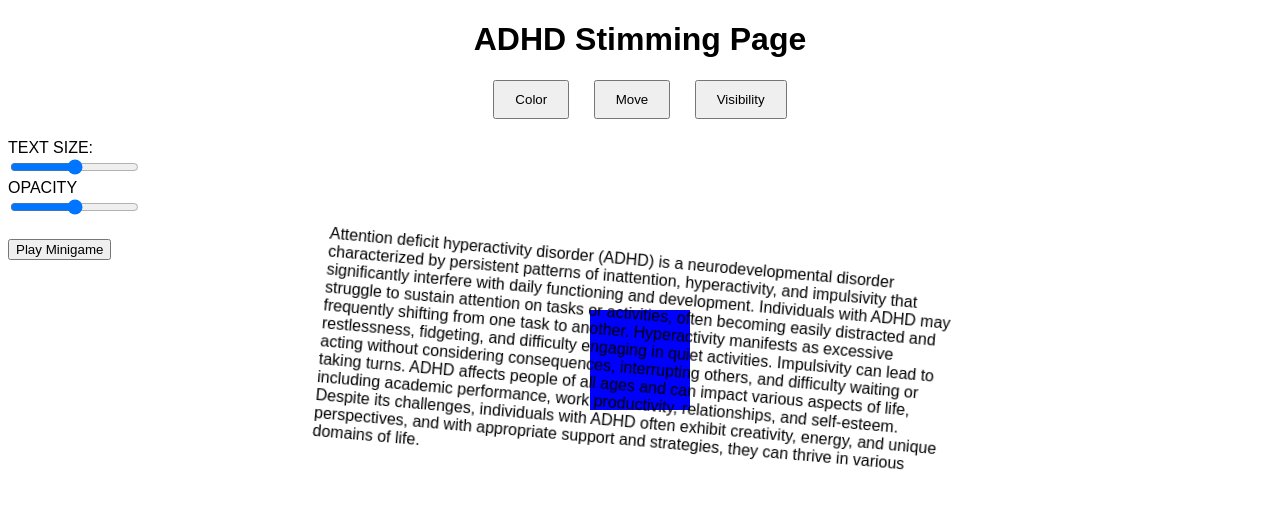
Repository: anderscederberg11/unhandledRuntimeError.json
Page: Henver/henver3.html
An editor plug-in stored every save of this project. The page is shown before and after the next save, followed by the edit.
The browser window is 1280 px wide. The pictures show the whole page.

Above is the page before, as saved 2024-05-24 19:11:07.

After the next save:
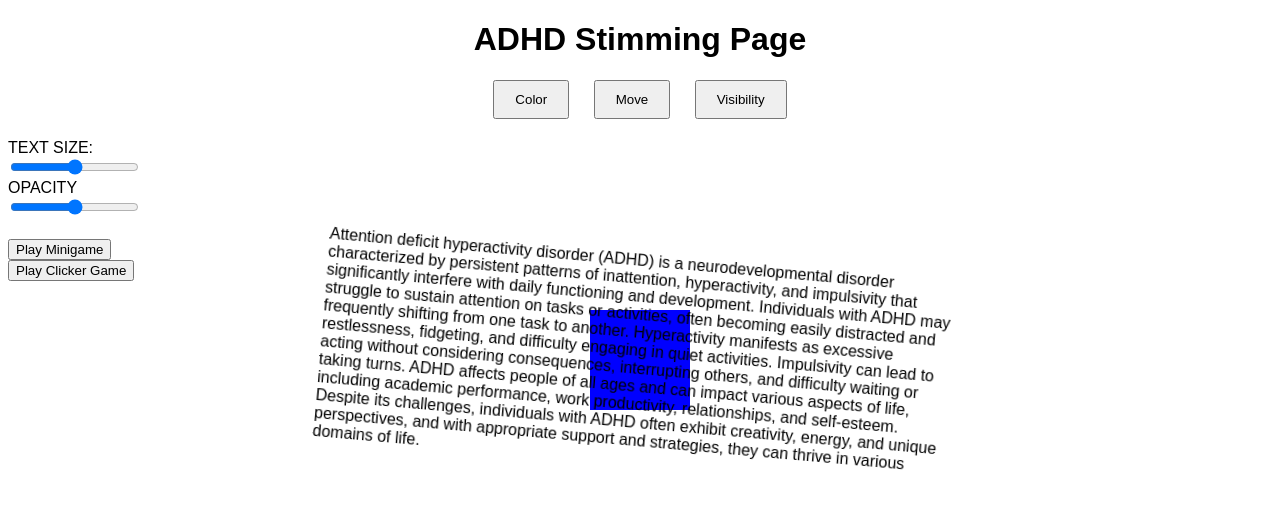
Saved 6 min 56 s later.
--- a/Henver/henver3.html
+++ b/Henver/henver3.html
@@ -32,6 +32,10 @@
         <button id="minigame-button" onclick="showRandomMinigame()">Play Minigame</button>
         <div id="minigame"></div>
       </div>
+      <div id="minigame-container" class="minigame-container">
+        <button id="minigame-button" onclick="startClickerGame()">Play Clicker Game</button>
+        <div id="clicker-game"></div>
+      </div>
 
 <script>
     function changeColor() {
@@ -60,39 +64,42 @@ function adjustFontSize(value) {
 function adjustOpacity(value) {
   document.getElementById("movableElement").style.opacity = value / 100;
 }
+let clickerInterval;
+let clickerTimeout;
 
-function showRandomMinigame() {
-  document.getElementById("minigame").innerHTML = "";
+function startClickerGame() {
+  // Clear previous game
+  clearInterval(clickerInterval);
+  clearTimeout(clickerTimeout);
+  document.getElementById("clicker-game").innerHTML = "";
 
-  const minigames = [
-    createColorGame,
-    createMathGame
-  ];
+  // Create and append the clickable target
+  const target = document.createElement("div");
+  target.classList.add("clicker-target");
+  target.style.top = Math.random() * 80 + "%";
+  target.style.left = Math.random() * 80 + "%";
+  document.getElementById("clicker-game").appendChild(target);
 
-  const randomIndex = Math.floor(Math.random() * minigames.length);
-  const selectedMinigame = minigames[randomIndex];
+  // Move the target randomly every 1 second
+  clickerInterval = setInterval(moveTarget, 1000);
 
-  selectedMinigame();
+  // End the game after 10 seconds
+  clickerTimeout = setTimeout(endClickerGame, 10000);
 }
 
-function createColorGame() {
-  const colors = ["red", "green", "blue", "yellow", "purple", "orange"];
-  const randomColor = colors[Math.floor(Math.random() * colors.length)];
-  document.getElementById("minigame").innerHTML = `<div style="background-color: ${randomColor}; width: 100px; height: 100px;"></div>`;
+function moveTarget() {
+  const target = document.querySelector(".clicker-target");
+  target.style.top = Math.random() * 80 + "%";
+  target.style.left = Math.random() * 80 + "%";
 }
 
-function createMathGame() {
-  const operand1 = Math.floor(Math.random() * 10);
-  const operand2 = Math.floor(Math.random() * 10);
-  const operation = Math.random() < 0.5 ? "+" : "-";
-  const result = operation === "+" ? operand1 + operand2 : operand1 - operand2;
-  const userInput = prompt(`What is ${operand1} ${operation} ${operand2}?`);
+function endClickerGame() {
+  clearInterval(clickerInterval);
+  document.getElementById("clicker-game").innerHTML = "<p>Game Over!</p>";
+}
 
-  if (parseInt(userInput) === result) {
-    alert("Correct!");
-  } else {
-    alert(`Incorrect! Get help, kid. ${result}.`);
-  }
+function handleClick() {
+  alert("You clicked the target!");
 }
 </script>
 </body>
